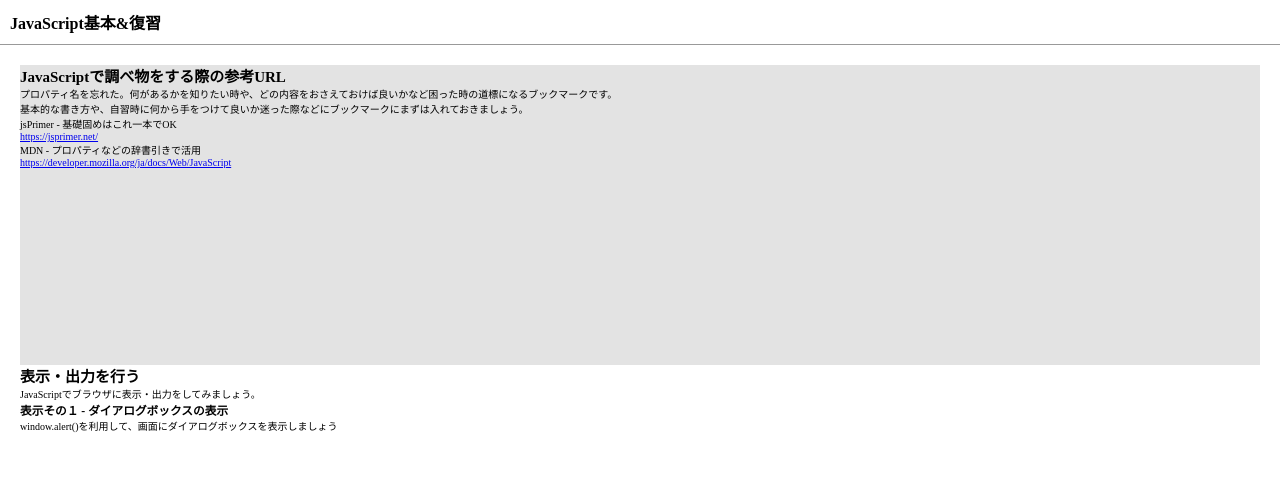
Repository: Yuto-Arakawa/study_js
Page: 01_basic/荒川/ara_basic01.html
The author's editor kept a copy of each file at every save. The page is drawn from the files as they stood at one save, then again after the next save.
The browser window is 1280 px wide. The pictures show the whole page.

Above is the page before, as saved 2026-11-06 14:50:56.

### 01_basic/荒川/ara_basic01.html
<!DOCTYPE html>
<html lang="ja">
<head>
  <meta charset="utf-8">
  <meta name="viewport" content="width=device-width, initial-scale=1">
  <meta name="color-scheme" content="light">
  <meta name="format-detection" content="telephone=no">
  <meta name="description" content="ここに説明文を設定">
  <title>ara_basic01</title>

  <!-- 共有用 OGP / X(Twitter) -->
  <meta property="og:site_name" content="サイト名">
  <meta property="og:title" content="サイトタイトル">
  <meta property="og:description" content="サイト説明文">
  <meta property="og:type" content="website">
  <meta property="og:url" content="https://hoge.ecc.com/">
  <meta property="og:image" content="https://hoge.ecc.com/ogp.png">
  <meta name="twitter:card" content="summary_large_image">
  <meta name="twitter:site" content="@twitteraccount">

  <!-- 正規URL -->
  <link rel="canonical" href="URL">
	<!-- 多言語サイト用 -->
	<!-- <link rel="alternate" hreflang="ja" href="URL"> -->

  <!-- アイコン（SVG優先、ICOフォールバック、Apple Touch） -->
  <link rel="icon" type="image/svg+xml" href="favicon.svg">
  <link rel="alternate icon" href="favicon.ico">
  <link rel="apple-touch-icon" href="apple-touch-icon.png" sizes="180x180">

  <!-- テーマカラー（PWAでなくてもアドレスバー色に反映） -->
  <meta name="theme-color" content="#FFFFFF">

	<!-- スタイルの読み込み -->
    <link rel="stylesheet" href="css/ress.css">
    <link rel="stylesheet" href="css/basic01.css">

</head>
<body>
    <header>
        <h1>JavaScript基本&復習</h1>
    </header>
    <main>
        <div class="reference">
            <h2>JavaScriptで調べ物をする際の参考URL</h2>
                <p>
                    プロパティ名を忘れた。何があるかを知りたい時や、どの内容をおさえておけば良いかなど困った時の道標になるブックマークです。<br>
                    基本的な書き方や、自習時に何から手をつけて良いか迷った際などにブックマークにまずは入れておきましょう。
                </p>

                <p>
                    jsPrimer - 基礎固めはこれ一本でOK<br>
                    <a href="https://jsprimer.net/" target="_blank">https://jsprimer.net/</a>
                </p>
                <p>
                    MDN - プロパティなどの辞書引きで活用<br>
                    <a href="https://developer.mozilla.org/ja/docs/Web/JavaScript" target="_blank">https://developer.mozilla.org/ja/docs/Web/JavaScript</a>
                </p>
        </div>
            <h2>表示・出力を行う</h2>
                <p>JavaScriptでブラウザに表示・出力をしてみましょう。</p>
            <h3>表示その１ - ダイアログボックスの表示</h3>
                <p>window.alert()を利用して、画面にダイアログボックスを表示しましょう</p>
    </main>
</body>
</html>

### 01_basic/荒川/css/ress.css
/* resset.dev • v6.0.0 */

/* # =================================================================
   # Global selectors
   # ================================================================= */

html {
  box-sizing: border-box;
  -webkit-text-size-adjust: 100%; /* Prevent adjustments of font size after orientation changes in iOS */
  word-break: normal;
  -moz-tab-size: 4;
  tab-size: 4;
}

*,
::before,
::after {
  background-repeat: no-repeat; /* Set `background-repeat: no-repeat` to all elements and pseudo elements */
  box-sizing: inherit;
}

::before,
::after {
  text-decoration: inherit; /* Inherit text-decoration and vertical align to ::before and ::after pseudo elements */
  vertical-align: inherit;
}

* {
  padding: 0; /* Reset `padding` and `margin` of all elements */
  margin: 0;
}

/* # =================================================================
   # General elements
   # ================================================================= */

hr {
  overflow: visible; /* Show the overflow in Edge and IE */
  height: 0; /* Add the correct box sizing in Firefox */
  color: inherit; /* Correct border color in Firefox. */
}

details,
main {
  display: block; /* Render the `main` element consistently in IE. */
}

summary {
  display: list-item; /* Add the correct display in all browsers */
}

small {
  font-size: 80%; /* Set font-size to 80% in `small` elements */
}

[hidden] {
  display: none; /* Add the correct display in IE */
}

abbr[title] {
  border-bottom: none; /* Remove the bottom border in Chrome 57 */
  /* Add the correct text decoration in Chrome, Edge, IE, Opera, and Safari */
  text-decoration: underline;
  text-decoration: underline dotted;
}

a {
  background-color: transparent; /* Remove the gray background on active links in IE 10 */
}

a:active,
a:hover {
  outline-width: 0; /* Remove the outline when hovering in all browsers */
}

code,
kbd,
pre,
samp {
  font-family: monospace, monospace; /* Specify the font family of code elements */
}

pre {
  font-size: 1em; /* Correct the odd `em` font sizing in all browsers */
}

b,
strong {
  font-weight: bolder; /* Add the correct font weight in Chrome, Edge, and Safari */
}

/* https://gist.github.com/unruthless/413930 */
sub,
sup {
  font-size: 75%;
  line-height: 0;
  position: relative;
  vertical-align: baseline;
}

sub {
  bottom: -0.25em;
}

sup {
  top: -0.5em;
}

table {
  border-color: inherit; /* Correct border color in all Chrome, Edge, and Safari. */
  text-indent: 0; /* Remove text indentation in Chrome, Edge, and Safari */
}

iframe {
  border-style: none;
}

/* # =================================================================
   # Accessibility
   # ================================================================= */

/* Specify the progress cursor of updating elements */
[aria-busy='true'] {
  cursor: progress;
}

/* Specify the pointer cursor of trigger elements */
[aria-controls] {
  cursor: pointer;
}

/* # =================================================================
   # Forms
   # ================================================================= */

input {
  border-radius: 0;
}

[type='number']::-webkit-inner-spin-button,
[type='number']::-webkit-outer-spin-button {
  height: auto; /* Correct the cursor style of increment and decrement buttons in Chrome */
}

[type='search'] {
  -webkit-appearance: textfield; /* Correct the odd appearance in Chrome and Safari */
  outline-offset: -2px; /* Correct the outline style in Safari */
}

[type='search']::-webkit-search-decoration {
  -webkit-appearance: none; /* Remove the inner padding in Chrome and Safari on macOS */
}

textarea {
  overflow: auto; /* Internet Explorer 11+ */
  resize: vertical; /* Specify textarea resizability */
}

button,
input,
optgroup,
select,
textarea {
  font: inherit; /* Specify font inheritance of form elements */
}

optgroup {
  font-weight: bold; /* Restore the font weight unset by the previous rule */
}

button {
  overflow: visible; /* Address `overflow` set to `hidden` in IE 8/9/10/11 */
}

button,
select {
  text-transform: none; /* Firefox 40+, Internet Explorer 11- */
}

/* Apply cursor pointer to button elements */
button,
[type='button'],
[type='reset'],
[type='submit'],
[role='button'] {
  cursor: pointer;
}

/* Remove inner padding and border in Firefox 4+ */
button::-moz-focus-inner,
[type='button']::-moz-focus-inner,
[type='reset']::-moz-focus-inner,
[type='submit']::-moz-focus-inner {
  border-style: none;
  padding: 0;
}

/* Replace focus style removed in the border reset above */
button:-moz-focusring,
[type='button']::-moz-focus-inner,
[type='reset']::-moz-focus-inner,
[type='submit']::-moz-focus-inner {
  outline: 1px dotted ButtonText;
}

button,
html [type='button'], /* Prevent a WebKit bug where (2) destroys native `audio` and `video`controls in Android 4 */
[type='reset'],
[type='submit'] {
  -webkit-appearance: button; /* Correct the inability to style clickable types in iOS */
}

/* Remove the default button styling in all browsers */
button,
input,
select,
textarea {
  background-color: transparent;
  border-style: none;
}

a:focus,
button:focus,
input:focus,
select:focus,
textarea:focus {
  outline-width: 0;
}

/* Style select like a standard input */
select {
  -moz-appearance: none; /* Firefox 36+ */
  -webkit-appearance: none; /* Chrome 41+ */
}

select::-ms-expand {
  display: none; /* Internet Explorer 11+ */
}

select::-ms-value {
  color: currentColor; /* Internet Explorer 11+ */
}

legend {
  border: 0; /* Correct `color` not being inherited in IE 8/9/10/11 */
  color: inherit; /* Correct the color inheritance from `fieldset` elements in IE */
  display: table; /* Correct the text wrapping in Edge and IE */
  max-width: 100%; /* Correct the text wrapping in Edge and IE */
  white-space: normal; /* Correct the text wrapping in Edge and IE */
  max-width: 100%; /* Correct the text wrapping in Edge 18- and IE */
}

::-webkit-file-upload-button {
  /* Correct the inability to style clickable types in iOS and Safari */
  -webkit-appearance: button;
  color: inherit;
  font: inherit; /* Change font properties to `inherit` in Chrome and Safari */
}

/* Replace pointer cursor in disabled, not-editable, or otherwise inoperable elements */
[disabled],
[aria-disabled='true'] {
  cursor: default;
}

/* # =================================================================
   # Specify media element style
   # ================================================================= */

img {
  border-style: none; /* Remove border when inside `a` element in IE 8/9/10 */
}

/* Add the correct vertical alignment in Chrome, Firefox, and Opera */
progress {
  vertical-align: baseline;
}

### 01_basic/荒川/css/basic01.css
html{
    font-size: 62.5%;
}

header{
    padding: 1rem;
    border-bottom: solid 1px #999;
    font-size: 8px;
}

main{
    padding: 20px;
}

.reference{
    height: 300px;
    background-color: #e3e3e3;
}

After the next save:
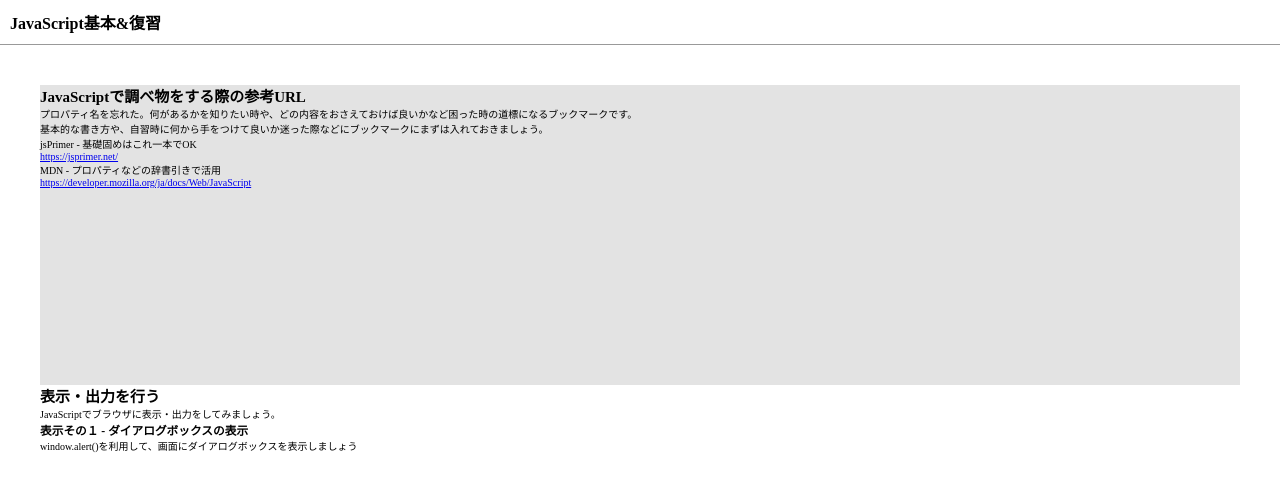
Saved 46 s later.
--- a/01_basic/荒川/css/basic01.css
+++ b/01_basic/荒川/css/basic01.css
@@ -9,6 +9,7 @@ header{
 }
 
 main{
+    margin: 20px;
     padding: 20px;
 }
 

After the save that followed:
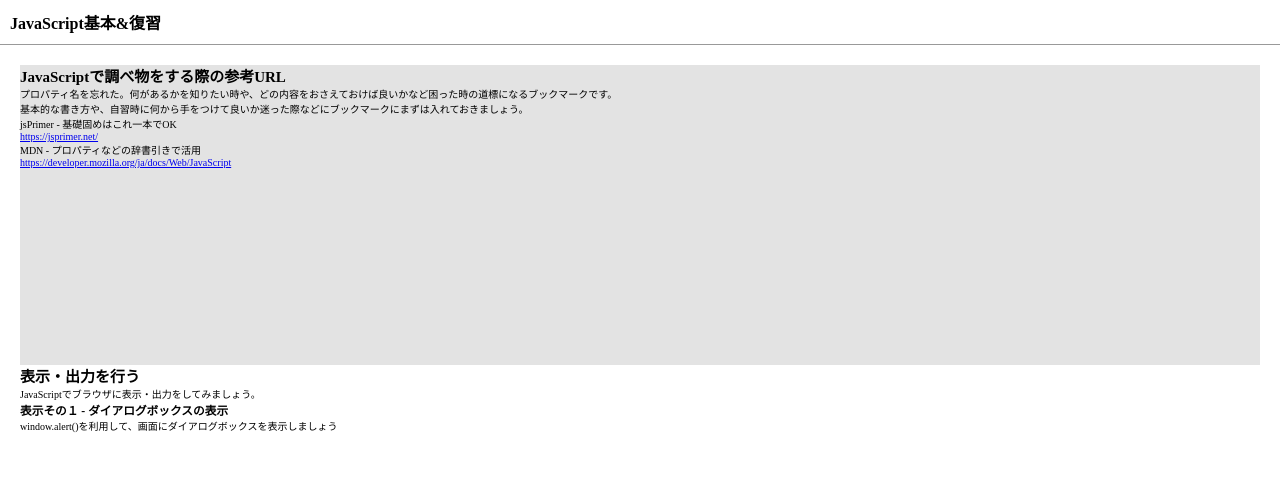
Saved 12 s later.
--- a/01_basic/荒川/css/basic01.css
+++ b/01_basic/荒川/css/basic01.css
@@ -10,7 +10,6 @@ header{
 
 main{
     margin: 20px;
-    padding: 20px;
 }
 
 .reference{
